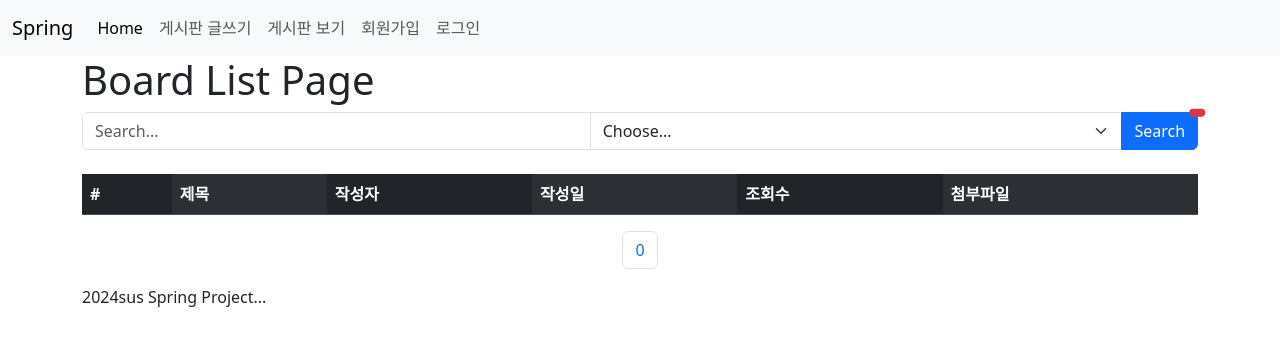
Repository: Ceciliaseon/springTest20240430
Page: http://localhost/spring_study/WEB-INF/views/board/list.jsp
An editor plug-in stored every save of this project. The page is shown before and after the next save, followed by the edit.
The browser window is 1280 px wide. The pictures show the whole page.
The page is served by Tomcat 9. Nobody is signed in. The template is opened directly, without the code that normally fills it, so the values that code supplies are empty.

Above is the page before, as saved 2024-04-30 03:30:49.

### spring_study/src/main/webapp/WEB-INF/views/board/list.jsp
<%@ page language="java" contentType="text/html; charset=UTF-8"
    pageEncoding="UTF-8"%>
<%@ taglib uri="http://java.sun.com/jsp/jstl/core" prefix="c"%>

<jsp:include page="../layout/header.jsp" />

<div class="container-md">
	<h1>Board List Page</h1>
	<!-- 검색라인  -->
	<form action="/board/list" method="get">
		<div class="input-group">
		  <input type="text" name="keyword" class="form-control" value="${ph.pgvo.keyword }" placeholder="Search..." aria-label="Username">
		  <input type="hidden" name="pageNo" value="1">
		  <input type="hidden" name="qty" value="10">

		  <select class="form-select" name="type" id="inputGroupSelect04" aria-label="Example select with button addon">
		    <option ${ph.pgvo.type == null ? 'selected' : ''}> Choose...</option>
		    <option value="t" ${ph.pgvo.type eq 't' ? 'selected' : ''}>Title</option>
		    <option value="w" ${ph.pgvo.type eq 'w' ? 'selected' : ''}>Writer</option>
		    <option value="c" ${ph.pgvo.type eq 'c' ? 'selected' : ''}>Content</option>
		    <option value="tc" ${ph.pgvo.type eq 'tc' ? 'selected' : ''}>Title & Content</option>
		    <option value="wc" ${ph.pgvo.type eq 'wc' ? 'selected' : ''}>Writer & Content</option>
		    <option value="tw" ${ph.pgvo.type eq 'tw' ? 'selected' : ''}>Title & Writer</option>
		    <option value="twc" ${ph.pgvo.type eq 'twc' ? 'selected' : ''}>All</option>
		  </select>

		  <button class="btn btn-primary" type="submit">
		  	Search
			  <span class="position-absolute top-0 start-100 translate-middle badge rounded-pill bg-danger">
			    ${ph.totalCount }
			    <span class="visually-hidden">unread messages</span>
			  </span>
		  </button>
		</div>
		<br>
	</form>
	<table class="table table-dark table-striped-columns">
		<thead>
			<tr>
				<th>#</th>
				<th>제목</th>
				<th>작성자</th>
				<th>작성일</th>
				<th>조회수</th>
				<th>첨부파일</th>
			</tr>
		</thead>
		<tbody>
			<c:forEach items="${list }" var="bvo" >
				<tr>
					<td>${bvo.bno }</td>
					<td><a href="/board/detail?bno=${bvo.bno }"> ${bvo.title } [${bvo.cmt_qty }]</a></td>
					<td>${bvo.writer }</td>
					<td>${bvo.reg_date }</td>
					<td>${bvo.read_count }</td>
					<td>${bvo.has_file }</td>

				</tr>
			</c:forEach>
		</tbody>
	</table>

	<!-- 페이지네이션 라인 -->
	<nav aria-label="Page navigation example">
	  <ul class="pagination justify-content-center">
	  	<c:if test="${ph.prev }">
	    <li class="page-item">
	      <a class="page-link" href="/board/list?pageNo=${ph.startPage-1 }&qty=${ph.pgvo.qty}&type=${ph.pgvo.type}&keyword=${ph.pgvo.keyword}" aria-label="Previous">
	        <span aria-hidden="true">&laquo;</span>
	      </a>
	    </li>
	    </c:if>

	    <c:forEach begin="${ph.startPage }" end="${ph.endPage }" var="i">
	    	<li class="page-item">
	    		<a class="page-link" href="/board/list?pageNo=${i }&qty=${ph.pgvo.qty}&type=${ph.pgvo.type}&keyword=${ph.pgvo.keyword}">${i }</a>
	    	</li>
	    </c:forEach>

	    <c:if test="${ph.next }">
	    <li class="page-item">
	      <a class="page-link" href="/board/list?pageNo=${ph.endPage+1 }&qty=${ph.pgvo.qty}&type=${ph.pgvo.type}&keyword=${ph.pgvo.keyword}" aria-label="Next">
	        <span aria-hidden="true">&raquo;</span>
	      </a>
	    </li>
	    </c:if>
	  </ul>
	</nav>
</div>

<script type="text/javascript" src="">

</script>

<jsp:include page="../layout/footer.jsp" />

### spring_study/src/main/webapp/WEB-INF/views/layout/header.jsp
<%@ page language="java" contentType="text/html; charset=UTF-8"
    pageEncoding="UTF-8"%>
    <%@ taglib uri="http://java.sun.com/jsp/jstl/core" prefix="c"%>
<!DOCTYPE html>
<html>
<head>
<meta charset="UTF-8">
<title>header.jsp</title>
<link href="https://cdn.jsdelivr.net/npm/bootstrap@5.3.3/dist/css/bootstrap.min.css" rel="stylesheet" integrity="sha384-QWTKZyjpPEjISv5WaRU9OFeRpok6YctnYmDr5pNlyT2bRjXh0JMhjY6hW+ALEwIH" crossorigin="anonymous">
<script src="https://cdn.jsdelivr.net/npm/bootstrap@5.3.3/dist/js/bootstrap.bundle.min.js" integrity="sha384-YvpcrYf0tY3lHB60NNkmXc5s9fDVZLESaAA55NDzOxhy9GkcIdslK1eN7N6jIeHz" crossorigin="anonymous"></script>
</head>
<body>

<nav class="navbar navbar-expand-lg bg-body-tertiary">
  <div class="container-fluid">
    <a class="navbar-brand" href="#">Spring</a>
    <button class="navbar-toggler" type="button" data-bs-toggle="collapse" data-bs-target="#navbarSupportedContent" aria-controls="navbarSupportedContent" aria-expanded="false" aria-label="Toggle navigation">
      <span class="navbar-toggler-icon"></span>
    </button>
    <div class="collapse navbar-collapse" id="navbarSupportedContent">
      <ul class="navbar-nav me-auto mb-2 mb-lg-0">
        <li class="nav-item">
          <a class="nav-link active" aria-current="page" href="/">Home</a>
        </li>
        <li class="nav-item">
          <a class="nav-link" href="/board/register">게시판 글쓰기</a>
        </li>
        <li class="nav-item">
          <a class="nav-link" href="/board/list">게시판 보기</a>
        </li>
        <li class="nav-item">
          <a class="nav-link" href="/member/register">회원가입</a>
        </li>
        <c:if test="${ses.id eq null }">
	        <li class="nav-item">
	          <a class="nav-link" href="/member/login">로그인</a>
	        </li>
        </c:if>
        <c:if test="${ses.id ne null }">
	        <li class="nav-item">
	          <a class="nav-link" href="/member/logout">로그아웃</a>
	        </li>
	        <li class="nav-item">
	          <a class="nav-link" href="/member/modify">${ses.id } (${ses.email }) 정보수정</a>
	        </li>
        </c:if>
      </ul>
    </div>
  </div>
</nav>

### spring_study/src/main/webapp/WEB-INF/views/layout/footer.jsp
<%@ page language="java" contentType="text/html; charset=UTF-8"
    pageEncoding="UTF-8"%>

<div class="container-md">
	2024sus Spring Project...
</div>

</body>
</html>

After the next save:
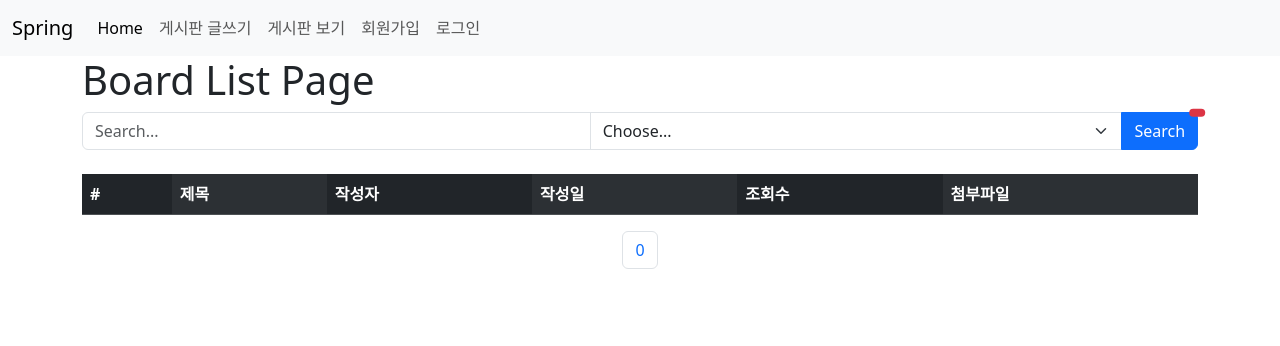
Saved 19 s later.
--- a/spring_study/src/main/webapp/WEB-INF/views/board/list.jsp
+++ b/spring_study/src/main/webapp/WEB-INF/views/board/list.jsp
@@ -88,8 +88,6 @@
 	</nav>
 </div>
 
-<script type="text/javascript" src="">
-
-</script>
+<script type="text/javascript" src="resources/js/list.js></script>
 
 <jsp:include page="../layout/footer.jsp" />

After the 3 saves that followed:
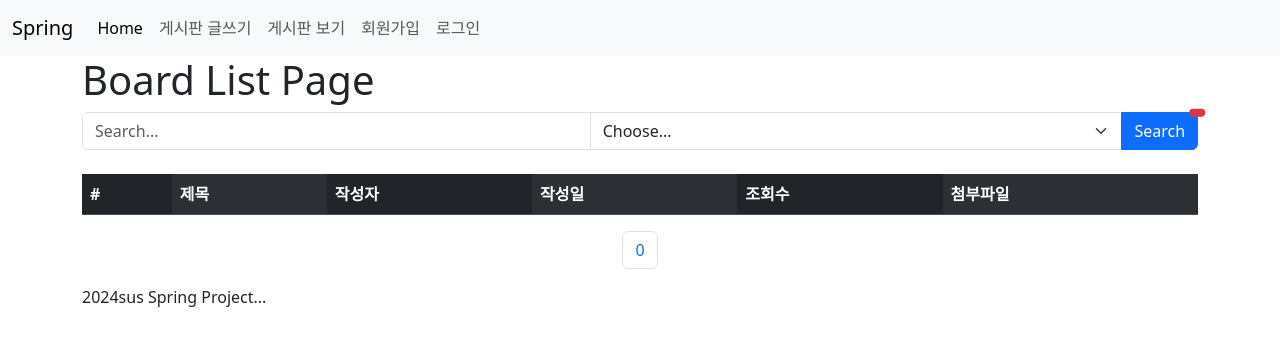
The 3 saves are shown as one change because 1 left the picture as it was and some came seconds apart.
The last was saved 9 min 10 s later.
--- a/spring_study/src/main/webapp/WEB-INF/views/board/list.jsp
+++ b/spring_study/src/main/webapp/WEB-INF/views/board/list.jsp
@@ -88,6 +88,5 @@
 	</nav>
 </div>
 
-<script type="text/javascript" src="resources/js/list.js></script>
 
 <jsp:include page="../layout/footer.jsp" />
